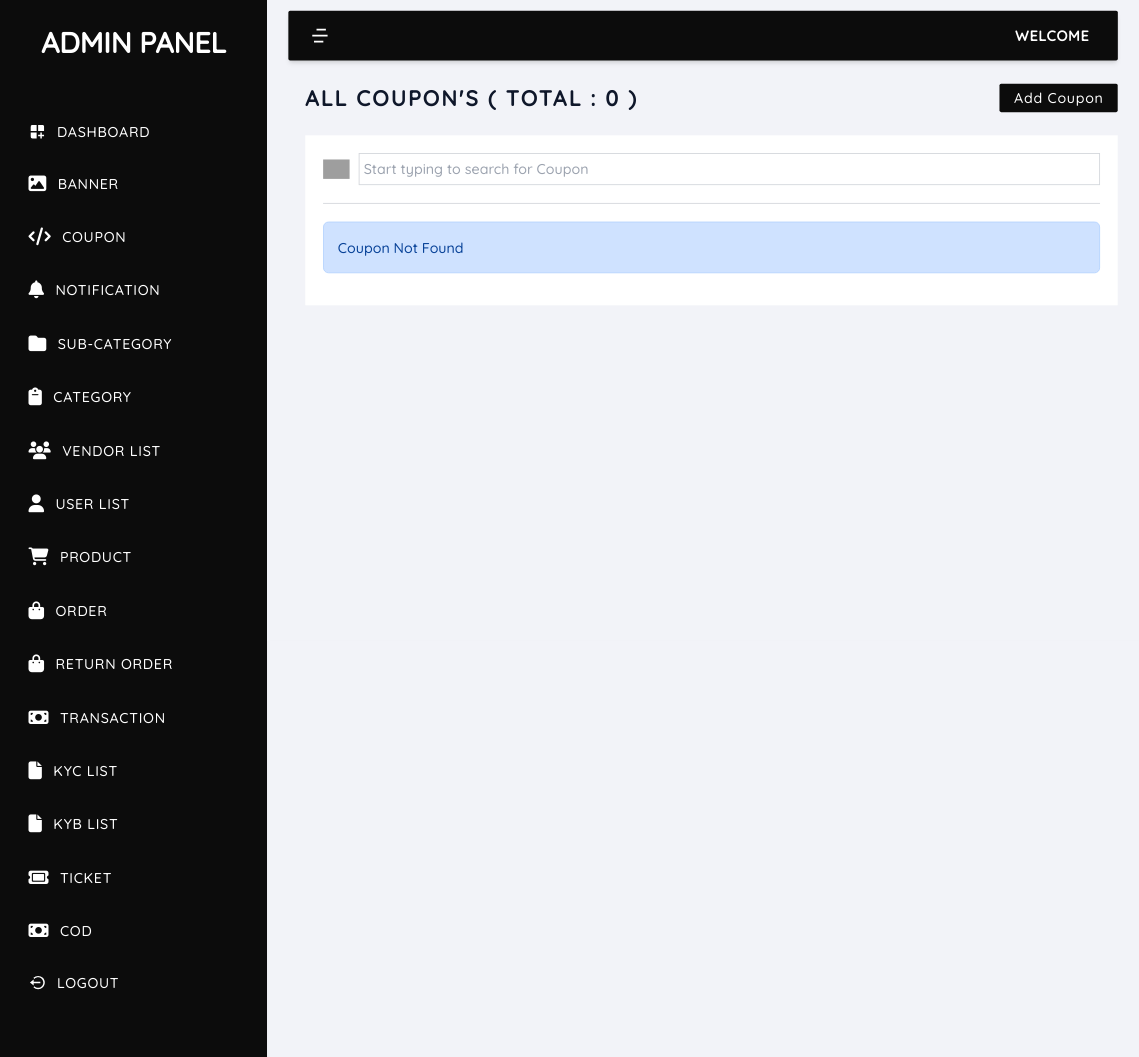
Repository: FlyweisReact/Sudarshan
Page: /coupon
An editor plug-in stored every save of this project. The page is shown before and after a run of saves, followed by the edit.
The browser window is 1280 px wide. The pictures show the whole page, at 89% of full size.
Pictures or frames that could not be fetched are drawn as grey boxes. The page's requests for data from a server got no answer. Some web libraries are served in a nearby version. The project was rebuilt for these pictures with package versions that can differ from the ones it lists, and the page was loaded fresh each time. No one was signed in, and anything a server would have sent is missing. Also part of the build but not shown: src/Admin/forms/AdminLogin.jsx, src/Admin/pages/Dashboard/AdminDashboard.js, src/Admin/pages/Banner/AdminBanner.js, src/Admin/pages/subcategory/AdminSubCategory.js, src/Admin/pages/category/AdminCategory.js, src/Admin/pages/Product/AdminProduct.js, src/Admin/pages/Product/AdminSingleProduct.js, src/Admin/pages/Order/AdminOrder.js and 11 more.

Above is the page before, as saved 2023-09-06 13:30:20.

### public/index.html
<!-- @format -->

<!DOCTYPE html>
<html lang="en">
  <head>
    <meta charset="utf-8" />
    <meta name="viewport" content="width=device-width, initial-scale=1" />
    <meta name="theme-color" content="#000000" />
    <meta
      name="description"
      content="Web site created using create-react-app"
    />
    <link rel="icon" href="%PUBLIC_URL%/favicon.png" />
    <link rel="manifest" href="%PUBLIC_URL%/manifest.json" />
    <link rel="preconnect" href="https://fonts.googleapis.com" />
    <link rel="preconnect" href="https://fonts.gstatic.com" crossorigin />
    <link
      href="https://fonts.googleapis.com/css2?family=Quicksand:wght@500&display=swap"
      rel="stylesheet"
    />
    <title>Sudarshan</title>
  </head>
  <body>
    <noscript>You need to enable JavaScript to run this app.</noscript>
    <div id="root"></div>
    <script src="https://code.jquery.com/jquery-3.6.0.min.js"></script>
    <script
      src="https://kit.fontawesome.com/b533b351e4.js"
      crossorigin="anonymous"
    ></script>
  </body>
</html>

### src/index.js
import React from "react";
import ReactDOM from "react-dom/client";
import "./index.css";
import App from "./App";
import { BrowserRouter } from "react-router-dom";
import 'bootstrap/dist/css/bootstrap.min.css'
import "react-toastify/dist/ReactToastify.css";

const root = ReactDOM.createRoot(document.getElementById("root"));
root.render(
  <React.StrictMode>
    <BrowserRouter>
      <App />
    </BrowserRouter>
  </React.StrictMode>
);

### src/index.css
/** @format */

@tailwind base;
@tailwind components;
@tailwind utilities;

body {
  margin: 0;
  font-family: Quicksand !important;
  -webkit-font-smoothing: antialiased;
  -moz-osx-font-smoothing: grayscale;
}

code {
  font-family: Quicksand !important;
}

html {
  font-family: Quicksand !important;
}

::-webkit-scrollbar {
  width: 10px;
}


.iCOn {
  transition: 0.5s;
  box-shadow: none;
  transform: scale(1);
}
.cardDiv {
  cursor: pointer;
}

.cardDiv:hover .iCOn {
  box-shadow: rgba(0, 0, 0, 0.35) 0px 5px 15px;
  transform: scale(1.3);
}

/* Track */
::-webkit-scrollbar-track {
  background: #f1f1f1;
}

/* Handle */
::-webkit-scrollbar-thumb {
  background: #888;
}

/* Handle on hover */
::-webkit-scrollbar-thumb:hover {
  background: #555;
}
.profileImage {
  width: 100px;
}
.fa-eye {
  color: #029aff;
  cursor: pointer;
}
.fa-edit {
  cursor: pointer;
  color: blue;
}

.View {
  border: 1px solid black;
  width: 100%;
  padding: 10px;
}

.main-card--container {
  display: grid;
  grid-template-columns: repeat(3, minmax(300px, 500px));
  grid-gap: 50px;
  justify-content: space-around;
}
.card-container {
  margin: 25px 0 auto;
  box-shadow: rgba(0, 0, 0, 0.35) 0px 5px 15px;
  position: relative;
  display: grid;
  grid-template-columns: 1fr;
  justify-content: space-around;
  align-items: flex-start;
}

.myEdit:focus {
  box-shadow: rgba(0, 0, 0, 0.35) 0px 5px 15px;
}

.AstroLogin {
  color: #fff;
  background-color: #2b7a8e;
  padding: 10px;
  width: 380px;
  text-align: center;
  font-size: 20px;
  background: linear-gradient(to left, #2b7a8e 50%, #fff 50%) right;
  background-size: 200%;
  transition: 0.5s ease-out;
  border: 1px solid #2b7a8e;
  margin-top: 10px;
  text-transform: uppercase;
}
.AstroLogin:hover {
  background-position: left;
  color: #2b7a8e;
}

.EcommerceAdminLogin {
  color: #fff;
  background-color: #0c0c0c;
  padding: 10px;
  width: 380px;
  text-align: center;
  font-size: 20px;
  background: linear-gradient(to left, #0c0c0c 50%, #fff 50%) right;
  background-size: 200%;
  transition: 0.5s ease-out;
  border: 2px solid #0c0c0c;
  margin-top: 10px;
  text-transform: uppercase;
}
.EcommerceVendorLogin {
  color: #fff;
  background-color: #576cbc;
  padding: 10px;
  width: 380px;
  text-align: center;
  font-size: 20px;
  background: linear-gradient(to left, #576cbc 50%, #fff 50%) right;
  background-size: 200%;
  transition: 0.5s ease-out;
  border: 1px solid #576cbc;
  margin-top: 10px;
  text-transform: uppercase;
}

.EcommerceVendorLogin:hover {
  background-position: left;
  color: #576cbc;
}

.view {
  background-color: #2196f3;
  color: #fff;
  width: 50%;
  padding: 5px;
}

.two-sec {
  display: flex;
  justify-content: space-evenly;
  justify-content: space-evenly;
}
.two-sec .left {
  width: 60%;
  background-color: #f6f1ef;
  padding: 20px;
}
.two-sec .left .head {
  font-size: 25px;
  font-weight: bold;
}

.two-sec .right {
  width: 30%;
  background-color: #f6f1ef;
}

.searchDiv {
  width: 100%;
  display: flex;
  gap: 10px;
  border: 1px solid rgb(179, 179, 179);
  padding: 10px;
  margin-bottom: 20px;
  align-items: center;
}
.searchDiv input {
  width: 94%;
  outline: none;
  border: none;
}

.flexCont {
  display: flex;
  align-items: center;
  gap: 10px;
}
.flexCont img {
  width: 60px;
  background-color: #e9ecef;
}

.blockContent {
  display: block;
}
.blockContent p {
  margin: 0;
}

.checkBox {
  width: 50px;
  height: 25px;
  background-color: #e9ecef;
  border-radius: 50px;
  position: relative;
  cursor: pointer;
}
.checkBox span {
  width: 20px;
  height: 20px;
  border-radius: 100%;
  background-color: #fff;
  position: absolute;
  left: 5px;
  top: 2px;
}
.ActivecheckBox {
  width: 50px;
  height: 25px;
  background-color: #0d6efd;
  border-radius: 50px;
  position: relative;
  cursor: pointer;
}
.ActivecheckBox span {
  width: 20px;
  height: 20px;
  border-radius: 100%;
  background-color: #fff;
  position: absolute;
  right: 5px;
  top: 2px;
}

.fa-eye {
  color: #0cba73;
  background-color: #d6f8e8;
  width: 35px;
  text-align: center;
  height: 35px;
  display: flex;
  border-radius: 100%;
  justify-content: center;
  padding-top: 10px;
  transition: 0.5s;
}

.fa-pen-to-square {
  color: #f4c39c;
  background-color: #ffebdb;
  width: 35px;
  text-align: center;
  height: 35px;
  display: flex;
  border-radius: 100%;
  justify-content: center;
  padding-top: 10px;
  cursor: pointer;
  transition: 0.5s;
}
.fa-trash {
  color: #df939f;
  background-color: #ffe1e8;
  width: 35px;
  text-align: center;
  height: 35px;
  display: flex;
  border-radius: 100%;
  justify-content: center;
  padding-top: 10px;
  cursor: pointer;
  transition: 0.5s;
}
.fa-trash:hover {
  transform: scale(1.2);
}
.fa-eye:hover {
  transform: scale(1.2);
}
.fa-pen-to-square:hover {
  transform: scale(1.2);
}
.required {
  color: #e74260;
}

.headP {
  margin-left: 2%;
  color: #7b7c7d;
}
.filterBox {
  display: flex;
  align-items: center;
  gap: 10px;
  border-bottom: 1px solid #d4d7dc;
  padding-bottom: 20px;
  margin-bottom: 20px;
}
.filterBox img {
  width: 30px;
}
.filterBox input {
  width: 100%;
  border: 1px solid #d4d7dc;
  outline: none;
  padding: 5px;
  color: black;
}
.sectionCont {
  width: 98%;
  background-color: #fff;
  margin-left: 2%;
  padding: 20px;
}

.overFlowCont {
  width: 100%;
  overflow-x: auto;
}

.logo {
  width: 100px;
  margin-bottom: 20px;
}

.updateProfile {
  margin-left: 20px;
  border: 1px solid #fff;
  border-radius: 100%;
  font-size: 1.2rem;
  padding: 10px;
  transition: 0.5s;
  cursor: pointer;
}
.updateProfile:hover {
  border: 1px solid #19376d;
  color: #19376d;
  background-color: #fff;
}

.Normalbtn {
  background-color: #19376d !important;
  border: 1px solid #19376d !important;
  border-radius: 0px !important;
}

.ImageCarousel {
  width: 150px !important;
  margin: 0px !important;
  height: 150px !important;
}
.CarouselImages {
  width: 60px;
  height: auto;
}
.CarouselImages img {
  width: 100% !important;
  height: 100% !important;
}

.ModalCarousel {
  width: 100% !important;
  height: 500px !important;
}
.ModalCarousel {
  width: 100% !important;
  height: 500px !important;
}
.ModalCarousel img {
  width: 100% !important;
  height: 500px !important;
}

.gridCont {
  display: grid;
  grid-template-columns: auto auto auto;
  justify-content: space-evenly;
}
.gridCont div {
  width: 400px;
  height: 300px;
  box-shadow: rgba(0, 0, 0, 0.35) 0px 5px 15px;
  padding: 10px;
  position: relative;
  margin-top: 20px;
}
.gridCont div img {
  width: 100%;
}
.delete-Btn {
  width: 90%;
  margin-left: 2%;
  color: #c44b3f;
  border: 1px solid #c44b3f;
  position: absolute;
  bottom: 10px;
  transition: 0.5s;
  padding: 10px;
}

.delete-Btn:hover {
  background-color: #c44b3f;
  color: #fff;
}

.BannerCarousel {
  width: 300px;
  margin: 0px !important;
}
.BannerCarouselImage {
  width: 300px;
}
.BannerCarouselImage img {
  width: 100%;
}

.pagination {
  display: flex;
  justify-content: center;
  align-items: center;
  gap: 10px;
  margin-bottom: 20px;
}
.pagination button {
  border: 1px solid black;
  padding: 10px;
}

.activePage {
  background-color: #19376d;
  color: #fff;
  border: 1px solid #19376d !important;
}

.active {
  background-color: #fff;
  color: #19376d !important;
}
.prevBtn {
  background-color: #fff;
  color: #19376d;
  border: 1px solid #19376d !important;
  transition: 0.5s;
}

.prevBtn:hover,
.prevBtn:focus,
.prevBtn:active {
  background-color: #19376d;
  color: #fff;
  border: 1px solid #19376d !important;
}
.nextBtn {
  background-color: #fff;
  color: #19376d;
  border: 1px solid #19376d !important;
  transition: 0.5s;
}

.nextBtn:hover,
.nextBtn:focus,
.nextBtn:active {
  background-color: #19376d;
  color: #fff;
  border: 1px solid #19376d !important;
}

.dangerBox {
  position: relative;
}
.dangerBox i {
  position: absolute;
  top: 50%;
  left: 90%;
  transform: translate(-50%, -50%);
  cursor: pointer;
}

.centerImage {
  max-width: 300px;
}
.img-cont {
  display: flex;
  gap: 10px;
  justify-content: center;
  flex-wrap: wrap;
}
.img-cont div {
  position: relative;
}
.img-cont div i {
  position: absolute;
  top: 10px;
  right: 10px;
  background-color: transparent;
}
/* ============== user data styling =========*/

.ud2 {
  display: flex;
  justify-content: space-between;
  margin-top: 20px;
}
.ud3 {
  width: 49%;
}
.ud4 {
  width: 49%;
}

.ud4 button {
  background: #c44b3f;
  width: 50%;
  height: 40px;
  border-radius: 4px;
  border: none;
  color: #fff;
}

/* ============ single order styling ================*/

#pdfGen {
  margin: 20px;
}
#pdfGen .Heading-Container {
  display: flex;
  align-items: center;
}
#pdfGen .Heading-Container img {
  width: 100px;
}
#pdfGen .Heading-Container .content {
  width: 80%;
  text-align: center;
}
#pdfGen .Heading-Container .content h2 {
  margin: 0;
  font-weight: bold;
  font-size: 25px;
}
#pdfGen .Heading-Container .content p {
  margin: 0;
  font-size: 14px;
  font-weight: 600;
  color: #a8a1a1;
}

.two-cont {
  display: flex;
  justify-content: space-between;
  padding-top: 10px;
  gap: 20px;
}
.two-cont p {
  margin: 0;
}
.two-cont .left {
  width: 40%;
}
.two-cont .left h6 {
  font-size: 14px;
  font-weight: bold;
}
.two-cont .left .box {
  border: 2px solid black;
  width: 100%;
  padding: 8px;
}
.two-cont .left .box p {
  font-size: 15px;
}
.two-cont .left .box .strong {
  font-weight: bold;
}
.two-cont .left .box p {
  font-weight: 600;
}
.two-cont .right {
  width: 60%;
  border: 2px solid black;
  padding: 10px;
}
.two-cont .right table {
  width: 100%;
  table-layout: fixed;
}
.two-cont .right td {
  font-weight: 900 !important;
  padding: 5px;
}
.bordererd {
  border-right: 2px solid black;
}
#pdfGen .empty {
  background-color: #000;
  height: 2px;
  margin-top: 20px;
}

#pdfGen {
  min-height: 100vh;
  display: flex;
  justify-content: space-between;
  flex-direction: column;
}

#pdfGen .Table {
  width: 100%;
  margin-top: 20px;
}
#pdfGen .Table tbody tr {
  border: 1px solid black;
}
#pdfGen .Table tbody tr td {
  padding: 5px;
  padding-bottom: 10px;
}

#pdfGen .Main_Table {
  display: flex;
  justify-content: flex-end;
  align-items: center;
  padding-top: 10px;
  gap: 50px;
  align-items: center;
}
#pdfGen .Main_Table p {
  font-weight: 900;
}

#pdfGen .below_Div .four-sec {
  display: flex;
  justify-content: space-evenly;
  border-top: 2px solid black;
  border-bottom: 2px solid black;
  padding: 4px;
}
#pdfGen .below_Div .four-sec p {
  margin: 0;
  font-size: 13px;
  text-align: center;
}
#pdfGen .below_Div .four-sec .stronger {
  font-weight: bold;
}

#pdfGen .below_Div .big_Head {
  font-size: 25px;
  background-color: #85827b;
  text-align: center;
  font-weight: bold;
  color: #fff;
  padding: 0;
  margin: 0;
  padding-bottom: 10px;
}
#pdfGen .below_Div .text-cont p {
  margin: 0;
  font-weight: 700;
  font-size: 14px;
  color: #85827b;
}
#pdfGen .below_Div .text-cont {
  text-align: center;
}
#pdfGen .below_Div .text-cont h5 {
  margin: 0;
  font-weight: 900;
}

.so2 {
  width: 100%;
}

.so4 {
  display: flex;
  justify-content: space-between;
}
.so4 p {
  margin: 0;
}

.searchByDate {
  display: flex;
  align-items: center;
  gap: 10px;
  border-bottom: 1px solid #d4d7dc;
  padding-bottom: 20px;
  margin-bottom: 20px;
  flex-wrap: wrap;
  justify-content: space-between;
}
.searchByDate div {
  width: 45%;
  display: flex;
  gap: 20px;
  align-items: center;
}
.searchByDate input {
  border: 1px solid #d4d7dc;
  width: 80%;
  padding: 10px;
  outline: none;
}
.searchByDate select {
  border: 1px solid #d4d7dc;
  padding: 10px;
  outline: none;
}

.so5 {
  margin-top: 20px;
  width: 98;
  margin-left: 1%;
}

.so5 table {
  width: 100%;
}
.so5 table th,
td {
  font-size: 13px;
  font-weight: 600;
}
.so6 {
  margin-top: 40px;
  margin-left: 65%;
  width: 30%;
}

.so7 {
  display: flex;
  justify-content: space-between;
  width: 80%;
}
.so7 p {
  margin: 0;
}

.downloadBtn {
  background: #0cba73;
  height: 40px;
  color: #fff;
  border-radius: 4px;
  padding: 10px;
}

.HomeGrid {
  display: flex;
  flex-wrap: wrap;
  gap: 20px;
}
.HomeGrid .cardDiv {
  max-width: 350px;
  width: 100%;
}


.loadingSpin{
  display: block !important;
  margin: auto !important;
}

.ActiveNav {
  border: 1px solid #fff;
}


td{
  text-transform: capitalize;
}

### src/Baseurl.js
/** @format */

export const Baseurl = "https://green-fyto.vercel.app/";

### src/Admin/layout/HOC.jsx
/** @format */

import React, { useState } from "react";
import Navbar from "./Navbar";
import Sidebar from "./Sidebar";

const HOC = (Wcomponenet) => {
  return function Component() {
    const [hamb, setHamb] = useState(false);
    return (
      <>
        <section
          className="flex overflow-x-hidden relative "
          style={{ backgroundColor: "#f2f3f8" }}
        >
          {/* Sidebar */}
          <div
            className={
              hamb
                ? " absolute top-0 z-30 md:w-auto shadow-md bg-slate-200  w-60 transition-all md:-left-full left duration-150  h-auto overflow-y-auto  left-0 "
                : " md:w-72 z-30 bg-slate-200  shadow-md  md:static absolute top-0 -left-full   transition-all duration-150  overflow-y-auto h-auto"
            }
            style={{ minWidth: "300px" }}
          >
            <Sidebar hamb={hamb} setHamb={setHamb} />
          </div>
          {/* Components & Navbar */}
          <div
            className={
              hamb
                ? " transition-all px-4 py-2  duration-150 w-full h-screen"
                : " w-full h-screen  px-4 py-2   z-50 transition-all duration-150 "
            }
            style={{ backgroundColor: "#f2f3f8" }}
          >
            <Navbar hamb={hamb} setHamb={setHamb} />
            <div className="my-6 text-#000 h-[87%] wcomp overflow-y-auto">
              {" "}
              <Wcomponenet />
            </div>
          </div>
        </section>
      </>
    );
  };
};

export default HOC;

### src/Admin/layout/Navbar.jsx
/** @format */

import { RiMenu4Line } from "react-icons/ri";

const Navbar = ({ hamb, setHamb }) => {
  const Name = localStorage.getItem("name");

  return (
    <>
      <div
        className={
          hamb
            ? "flex  w-full justify-between  my-1 rounded-sm  p-4 py-3 shadow-md items-center  bg-slate-200 space-x-4"
            : "flex  w-full justify-between my-1 rounded-sm  p-4 py-3 shadow-md items-center  bg-slate-200 space-x-4"
        }
        style={{ backgroundColor: "#0c0c0c" }}
      >
        <RiMenu4Line
          onClick={() => setHamb(!hamb)}
          className="text-2xl font-bold text-gray-900 hover:scale-90 cursor-pointer"
          style={{ color: "#fff" }}
        />

        <section className="flex sm:ml-auto justify-end sm:w-full items-center space-x-2  pr-2">
          <figcaption className="tracking-wider pl-1 font-semibold">
            <div
              className="lg:text-base text-sm text-gray-900  uppercase"
              style={{ color: "#fff" }}
            >
              Welcome {Name}
            </div>
          </figcaption>
        </section>
      </div>
    </>
  );
};

export default Navbar;

### src/Admin/layout/Sidebar.jsx
/** @format */

import React from "react";
import { RiCloseLine } from "react-icons/ri";
import { Link, useLocation, useNavigate } from "react-router-dom";
import { BiLogOutCircle } from "react-icons/bi";
import { MdDashboardCustomize } from "react-icons/md";
import { toast } from "react-toastify";

const Sidebar = ({ hamb, setHamb }) => {
  const navigate = useNavigate();

  const nav = [
    {
      icon: <MdDashboardCustomize className="text-xl mr-3 rounded-full " />,
      link: "/admin/dashboard ",
      name: "Dashboard",
    },
    {
      icon: <i className="fa-solid fa-image text-xl mr-3 rounded-full " />,
      link: "/admin/banner ",
      name: "Banner",
    },
    {
      icon: <i className="fa-solid fa-code text-xl mr-3 rounded-full " />,
      link: "/coupon",
      name: "Coupon",
    },

    {
      icon: <i className=" fa-solid fa-bell text-xl mr-3 rounded-full " />,
      link: "/notification",
      name: "Notification",
    },


    {
      icon: <i className="fa-solid fa-folder text-xl mr-3 rounded-full " />,
      link: "/admin/sub-category ",
      name: "Sub-Category",
    },
    {
      icon: <i className="fa-solid fa-clipboard text-xl mr-3 rounded-full " />,
      link: "/admin/category ",
      name: "Category",
    },
    {
      icon: <i className="fa-solid fa-users  text-xl mr-3 rounded-full " />,
      link: "/vendor-list",
      name: "Vendor List",
    },
    {
      icon: <i className="fa-solid fa-user text-xl mr-3 rounded-full " />,
      link: "/user-list",
      name: "User List",
    },

    {
      icon: (
        <i className="fa-solid fa-cart-shopping text-xl mr-3 rounded-full " />
      ),
      link: "/admin/product ",
      name: "Product",
    },

    {
      icon: (
        <i className="fa-solid fa-bag-shopping text-xl mr-3 rounded-full " />
      ),
      link: "/admin/order",
      name: "Order",
    },
    {
      icon: (
        <i className="fa-solid fa-bag-shopping text-xl mr-3 rounded-full " />
      ),
      link: "/return-order",
      name: "Return Order",
    },
    {
      icon: <i className="fa-solid fa-money-bill text-xl mr-3 rounded-full " />,
      link: "/admin/transaction",
      name: "Transaction",
    },
    {
      icon: <i className="fa-solid fa-file text-xl mr-3 rounded-full " />,
      link: "/admin/kyc-list",
      name: "Kyc List",
    },
    {
      icon: <i className="fa-solid fa-file text-xl mr-3 rounded-full " />,
      link: "/admin/kyb",
      name: "Kyb List",
    },


    {
      icon: <i className=" fa-solid fa-ticket text-xl mr-3 rounded-full " />,
      link: "/admin/ticket",
      name: "Ticket",
    },
    {
      icon: <i className=" fa-solid fa-money-bill text-xl mr-3 rounded-full " />,
      link: "/admin/COD",
      name: "COD",
    },
  ];

  const logOut = () => {
    localStorage.clear();
    navigate("/admin-login");
    toast.success("Logged Out");
  };



  return (
    <>
      <aside
        className="p-4 h-auto"
        style={{ backgroundColor: "#0c0c0c", minHeight: "100vh" }}
      >
        {/* Top */}
        <div className="w-full md:hidden relative  p-2 mb-4">
          <RiCloseLine
            onClick={() => setHamb(!hamb)}
            className="text-3xl  absolute top-2 sm:hover:rotate-[228deg] transition-transform font-bold right-2 sm:hover:text-[22px] text-[rgb(241,146,46)] cursor-pointer"
          />
        </div>{" "}
        <figure className="flex  flex-col items-center">
          <span
            className="font-bold text-[#fff]"
            style={{
              fontSize: "2rem",
              textAlign: "center",
              textTransform: "uppercase",
            }}
          >
            {" "}
            ADMIN PANEL
          </span>
        </figure>
        <nav className="py-6">
          {nav.map((nav) => {
            return (
              <Link
                to={nav.link}
                key={nav.name}
                style={{ textDecoration: "none", textTransform: "uppercase" }}
              >
                <span
                  className="flex my-3 items-center cursor-pointer text-gray-900    tracking-wider p-2 rounded-sm"
                  style={{ color: "#FFF" }}
                >
                  {nav.icon} {nav.name}
                </span>
              </Link>
            );
          })}
          <span
            className="flex my-3 items-center cursor-pointer text-gray-900    tracking-wider p-2 rounded-sm"
            onClick={() => logOut()}
            style={{ color: "#FFF", textTransform: "uppercase" }}
          >
            <BiLogOutCircle className="text-xl mr-3 rounded-full " /> LogOut
          </span>
        </nav>
      </aside>
    </>
  );
};

export default Sidebar;

Loaded but not shown: tailwind.config.js (common file); src/Admin/pages/Coupon/Coupon.js (283 lines, source omitted); src/App.js (70 lines, source omitted)

After the next 2 saves:
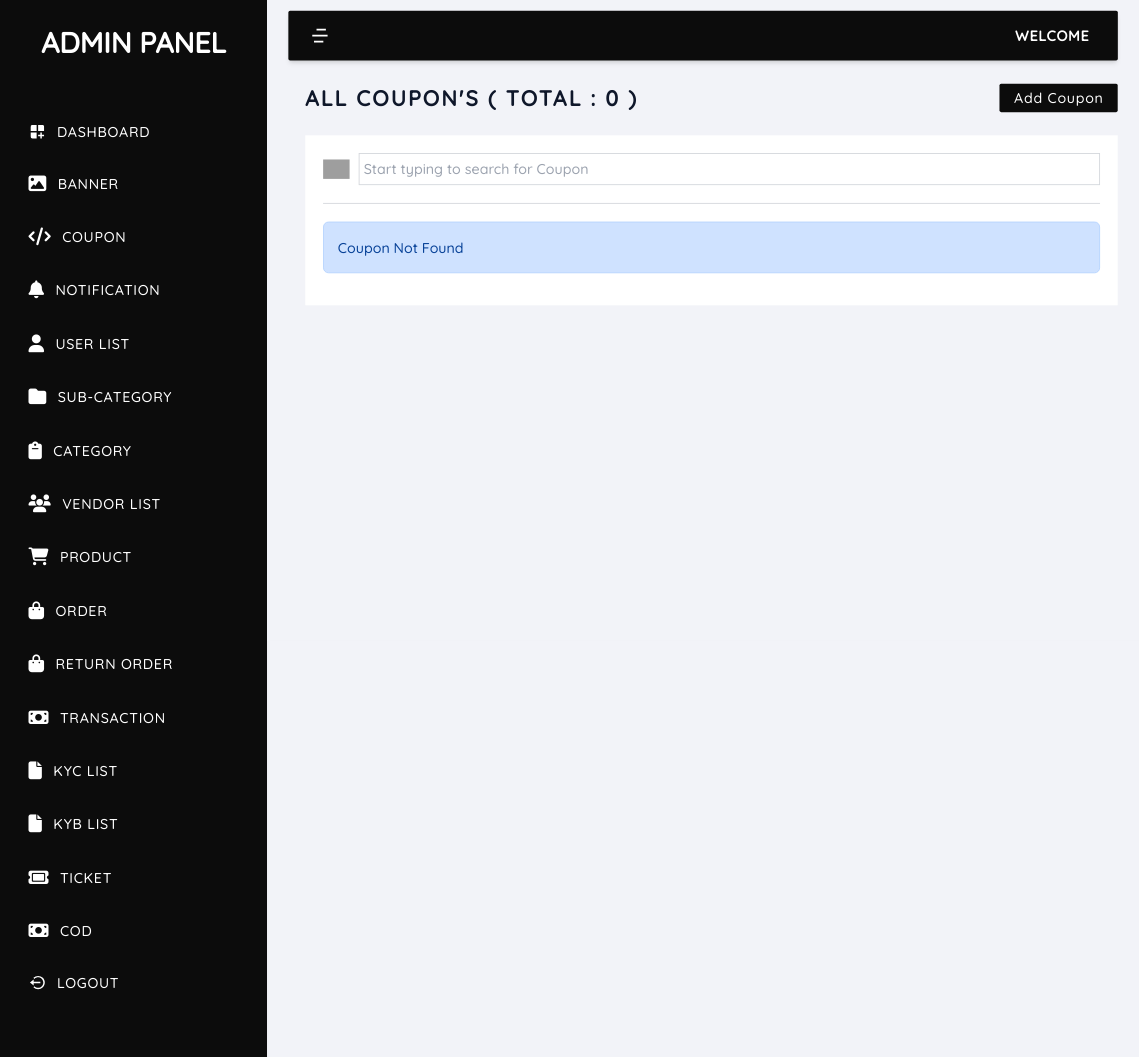
The 2 saves are shown as one change because they came seconds apart.
The last was saved 106 s later.
--- a/src/Admin/layout/Sidebar.jsx
+++ b/src/Admin/layout/Sidebar.jsx
@@ -32,7 +32,11 @@ const Sidebar = ({ hamb, setHamb }) => {
       link: "/notification",
       name: "Notification",
     },
-
+    {
+      icon: <i className="fa-solid fa-user text-xl mr-3 rounded-full " />,
+      link: "/user-list",
+      name: "User List",
+    },
 
     {
       icon: <i className="fa-solid fa-folder text-xl mr-3 rounded-full " />,
@@ -49,11 +53,7 @@ const Sidebar = ({ hamb, setHamb }) => {
       link: "/vendor-list",
       name: "Vendor List",
     },
-    {
-      icon: <i className="fa-solid fa-user text-xl mr-3 rounded-full " />,
-      link: "/user-list",
-      name: "User List",
-    },
+
 
     {
       icon: (
